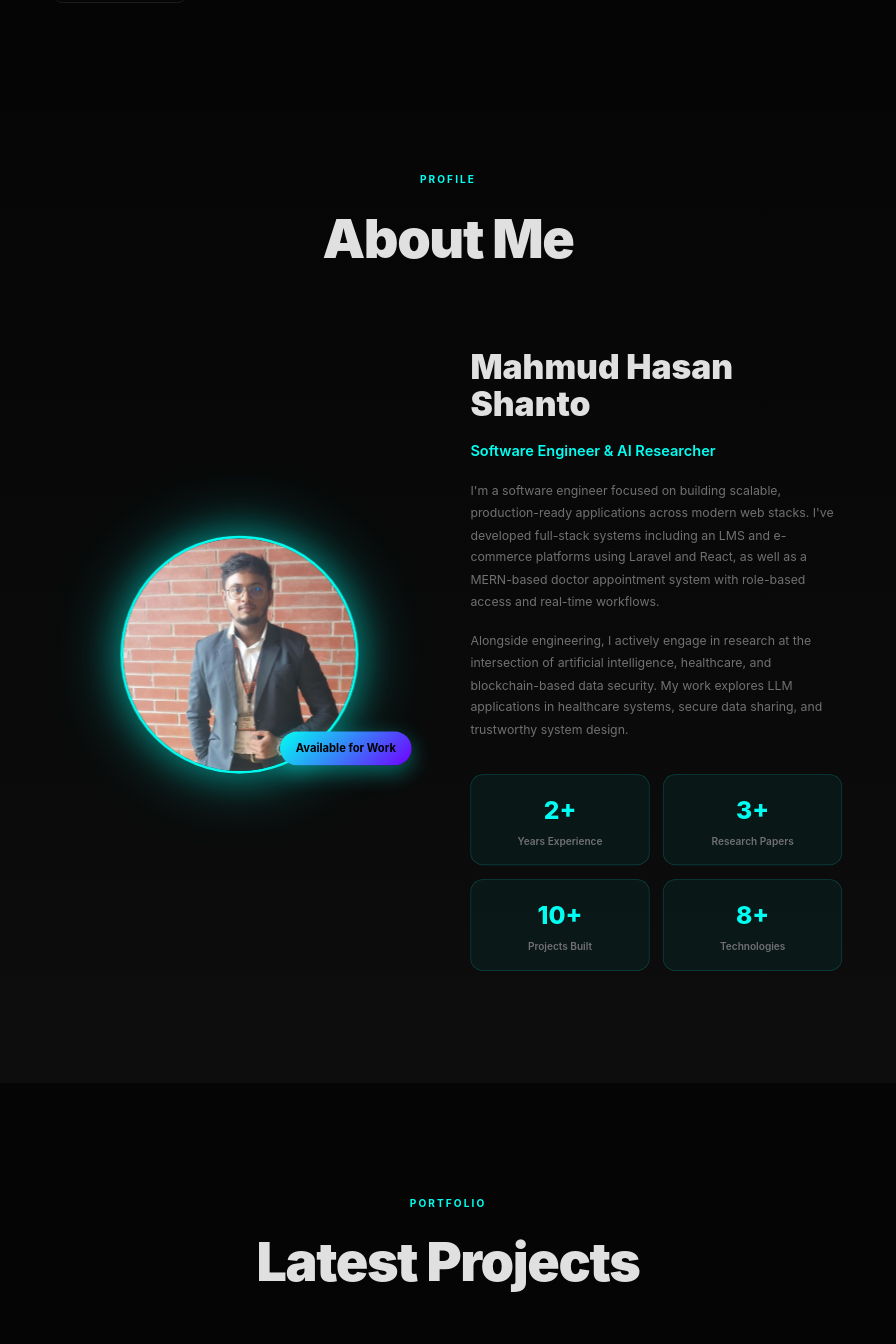
Repository: CoderShanto/Portfolio-Website
Page: index.html
These files come from the project's save history. The page is drawn as it stood at one moment and after the next save; the edit follows.
The browser window is 1280 px wide. The pictures show the part of the page from y = 1143 to 3063 px (the page is 7926 px tall before and 6463 px after), at 70% of full size.

Above is the page before, as saved 2026-03-31 03:52:11.

### index.html
<!DOCTYPE html>
<html lang="en">

<head>
    <meta charset="UTF-8">
    <meta name="viewport" content="width=device-width, initial-scale=1.0">
    <title>Mahmud Hasan Shanto - Portfolio</title>
    <link rel="stylesheet" href="style.css">
</head>

<body data-theme="dark">

    <canvas id="bg-canvas"></canvas>

    <nav>
        <div class="logo">Mahmud Hasan Shanto</div>
        <ul class="menu">
            <li><a href="#home">Home</a></li>
            <li><a href="#about">About</a></li>
            <li><a href="#work">Project</a></li>
            <li><a href="#research">Research</a></li>
            <li><a href="#skills">Skills</a></li>
            <li><a href="#contact">Contact</a></li>
        </ul>
        <button class="theme-toggle" onclick="switchTheme()">🌙</button>
    </nav>

    <!-- ─── HERO ─── -->
    <section class="hero" id="home">
        <div class="hero-container">

            <!-- LEFT: text -->
            <div class="hero-left">
                <p class="hero-badge">
                    <span class="badge-dot"></span> Available for Work
                </p>

                <h1 class="hero-title">
                    <span class="gradient-text">Software Engineer</span><br>
                    Building scalable, production-ready web applications
                </h1>

                <p class="hero-description">
                    I design and develop modern web applications with a strong focus on backend
                    engineering, clean architecture, performance, and maintainable code.
                </p>

                <div class="hero-tags">
                    <span>Laravel & PHP</span>
                    <span>React & JavaScript</span>
                    <span>REST APIs</span>
                    <span>MySQL</span>
                    <span>Backend Engineering</span>
                    <span>Problem Solving</span>
                </div>

                <div class="hero-buttons">
                    <a href="#work" class="btn btn-primary">View Projects</a>
                    <a href="#contact" class="btn btn-secondary">Contact Me</a>
                    <a href="./mahmud-hasan-shanto-cv.pdf" class="btn btn-outline"
                        download="Mahmud_Hasan_Shanto_CV.pdf">
                        Download Resume
                    </a>
                </div>
            </div>

            <!-- RIGHT: profile image -->
            <div class="hero-right">
                <div class="hero-img-wrapper">
                    <div class="hero-img-ring hero-img-ring--outer"></div>
                    <div class="hero-img-ring hero-img-ring--inner"></div>
                    <img src="assets/ss.jpg" alt="Mahmud Hasan Shanto" class="hero-profile-img">
                    <div class="hero-img-glow"></div>
                </div>
            </div>

        </div>
        <div class="profile-stats">
            <div class="stat-card">
                <div class="stat-number">2+</div>
                <div class="stat-label">Years Experience</div>
            </div>
            <div class="stat-card">
                <div class="stat-number">3+</div>
                <div class="stat-label">Research Papers</div>
            </div>
            <div class="stat-card">
                <div class="stat-number">10+</div>
                <div class="stat-label">Projects Built</div>
            </div>
            <div class="stat-card">
                <div class="stat-number">8+</div>
                <div class="stat-label">Technologies</div>
            </div>
        </div>
    </section>

    <!-- ─── ABOUT ─── -->
    <section id="about">
        <div class="section-top reveal">
            <div class="section-label">Profile</div>
            <h2 class="section-heading">About Me</h2>
        </div>
        <div class="profile-container reveal">
            <div class="profile-image-container">
                <img src="assets/ss.jpg" alt="Mahmud Hasan Shanto" class="profile-image">
                <div class="profile-badge">Available for Work</div>
            </div>
            <div class="profile-content">
                <h3 class="profile-title">Mahmud Hasan Shanto</h3>
                <div class="profile-subtitle">Software Engineer & AI Researcher</div>
                <p class="profile-description">
                    I'm a software engineer focused on building scalable, production-ready applications
                    across modern web stacks. I've developed full-stack systems including an LMS and
                    e-commerce platforms using Laravel and React, as well as a MERN-based doctor
                    appointment system with role-based access and real-time workflows.
                </p>
                <p class="profile-description">
                    Alongside engineering, I actively engage in research at the intersection of
                    artificial intelligence, healthcare, and blockchain-based data security. My work
                    explores LLM applications in healthcare systems, secure data sharing, and
                    trustworthy system design.
                </p>
                <div class="profile-stats">
                    <div class="stat-card">
                        <div class="stat-number">2+</div>
                        <div class="stat-label">Years Experience</div>
                    </div>
                    <div class="stat-card">
                        <div class="stat-number">3+</div>
                        <div class="stat-label">Research Papers</div>
                    </div>
                    <div class="stat-card">
                        <div class="stat-number">10+</div>
                        <div class="stat-label">Projects Built</div>
                    </div>
                    <div class="stat-card">
                        <div class="stat-number">8+</div>
                        <div class="stat-label">Technologies</div>
                    </div>
                </div>
            </div>
        </div>
    </section>

    <!-- ─── PROJECTS ─── -->
    <section id="work">
        <div class="section-top reveal">
            <div class="section-label">Portfolio</div>
            <h2 class="section-heading">Latest Projects</h2>
        </div>
        <div class="grid">

            <div class="card reveal">
                <div class="card-visual">
                    <img src="assets/s.jpg" alt="DocScheduler Project" class="card-img">
                </div>
                <div class="card-body">
                    <h3>DocScheduler – Appointment Management System</h3>
                    <p class="card-desc">Smart doctor appointment system with scheduling automation, role-based
                        dashboards and scalable backend architecture.</p>
                    <div class="tags">
                        <span class="tag">MongoDB</span>
                        <span class="tag">Express.js</span>
                        <span class="tag">React.js</span>
                        <span class="tag">Node.js</span>
                    </div>
                    <div class="card-actions">
                        <a href="https://docscheduler-appointment-management-68ha.onrender.com/" target="_blank"
                            class="card-btn card-btn--primary">Live</a>
                        <a href="https://github.com/CoderShanto/DocScheduler-Appointment-Management-System"
                            target="_blank" class="card-btn card-btn--ghost">Code</a>
                    </div>
                </div>
            </div>

            <div class="card reveal">
                <div class="card-visual">
                    <img src="assets/e.jpg" alt="LearnHub Project" class="card-img">
                </div>
                <div class="card-body">
                    <h3>LearnHub – E-Learning Platform</h3>
                    <p>Interactive e-learning platform with personalized learning paths, real-time collaboration tools,
                        and a scalable backend architecture.</p>
                    <div class="tags">
                        <span class="tag">MySQL</span>
                        <span class="tag">Laravel</span>
                        <span class="tag">React</span>
                    </div>
                    <div class="card-actions">
                        <a href="https://edu-verse-inky.vercel.app/" target="_blank"
                            class="card-btn card-btn--primary">Live</a>
                        <a href="https://github.com/CoderShanto/EduVerse/tree/main" target="_blank"
                            class="card-btn card-btn--ghost">Code</a>
                    </div>
                </div>
            </div>

            <div class="card reveal">
                <div class="card-visual">
                    <img src="assets/assetflow.png" alt="AssetFlow Management System" class="card-img">
                </div>
                <div class="card-body">
                    <h3>AssetFlow – Asset Management System</h3>
                    <p>Full-stack asset management system with role-based access, secure JWT authentication, and
                        real-time dashboard analytics.</p>
                    <div class="tags">
                        <span class="tag">Spring Boot</span>
                        <span class="tag">PostgreSQL</span>
                        <span class="tag">React</span>
                        <span class="tag">JWT</span>
                    </div>
                    <div class="card-actions">
                        <a href="https://assetflow-management-system.vercel.app/" target="_blank"
                            class="card-btn card-btn--primary">Live</a>
                        <a href="https://github.com/CoderShanto/assetflow-management-system" target="_blank"
                            class="card-btn card-btn--ghost">Code</a>
                    </div>
                </div>
            </div>

            <div class="card reveal">
                <div class="card-visual">
                    <img src="assets/c.jpg" alt="ShopSphere Project" class="card-img">
                </div>
                <div class="card-body">
                    <h3>ShopSphere – E-Commerce Platform</h3>
                    <p>Full-featured e-commerce platform with product management, secure payments, real-time order
                        tracking, and a scalable backend architecture.</p>
                    <div class="tags">
                        <span class="tag">MySQL</span>
                        <span class="tag">Laravel</span>
                        <span class="tag">React</span>
                    </div>
                    <div class="card-actions">
                        <a href="https://laravel-react-ecommerce-brown.vercel.app/" target="_blank"
                            class="card-btn card-btn--primary">Live</a>
                        <a href="https://github.com/CoderShanto/laravel-react-ecommerce" target="_blank"
                            class="card-btn card-btn--ghost">Code</a>
                    </div>
                </div>
            </div>

        </div>
    </section>

    <!-- ─── RESEARCH ─── -->
    <section id="research">
        <div class="section-top reveal">
            <div class="section-label">Publications</div>
            <h2 class="section-heading">Research</h2>
        </div>
        <div class="research-grid">
            <div class="paper reveal">
                <h3>KG-Mamba: Knowledge Graph Driven Mamba Model For Medical Question Answering</h3>
                <p>KG-Mamba introduces a knowledge graph–driven fine-tuning approach for the Mamba architecture to
                    improve medical question answering by enhancing contextual reasoning and reducing hallucinations.
                </p>
            </div>
            <div class="paper reveal">
                <h3>Security and Privacy in Cloud-Based E-Health System Using Advanced Encryption Standard (AES)</h3>
                <p>Proposed a secure cloud-based e-health framework using AES and ECC to ensure efficient encryption,
                    fine-grained access control, and privacy-preserving management of patient health records.</p>
            </div>
            <div class="paper reveal">
                <h3>Blockchain Based Medical Report Encryption</h3>
                <p>Research project on securing electronic health records using blockchain, homomorphic encryption
                    (Paillier), and smart contracts at United International University.</p>
            </div>
        </div>
    </section>

    <!-- ─── SKILLS ─── -->
    <section id="skills">
        <div class="section-top reveal">
            <div class="section-label">Capabilities</div>
            <h2 class="section-heading">Tech Stack</h2>
        </div>
        <div class="skills-grid">
            <div class="skill-card reveal">
                <span class="skill-emoji">⚡</span>
                <h3>Languages</h3>
                <ul>
                    <li>Java</li>
                    <li>JavaScript</li>
                    <li>C / C++</li>
                    <li>PHP</li>
                    <li>Go / Scala</li>
                </ul>
            </div>
            <div class="skill-card reveal">
                <span class="skill-emoji">🚀</span>
                <h3>Frameworks</h3>
                <ul>
                    <li>Laravel</li>
                    <li>React / Next.js</li>
                    <li>TensorFlow / PyTorch</li>
                    <li>Spring / Express</li>
                </ul>
            </div>
            <div class="skill-card reveal">
                <span class="skill-emoji">☁️</span>
                <h3>Cloud & DevOps</h3>
                <ul>
                    <li>AWS</li>
                    <li>Docker / Kubernetes</li>
                    <li>CI/CD Pipelines</li>
                    <li>Cloudinary</li>
                    <li>Monitoring & Logging</li>
                </ul>
            </div>
            <div class="skill-card reveal">
                <span class="skill-emoji">🔬</span>
                <h3>Research</h3>
                <ul>
                    <li>LLM</li>
                    <li>Artificial Intelligence</li>
                    <li>NLP</li>
                    <li>Distributed Systems</li>
                </ul>
            </div>
        </div>
    </section>

    <!-- ─── CONTACT ─── -->
    <section id="contact">
        <div class="contact-box reveal">
            <div class="section-label">Connect</div>
            <h2 class="gradient-text">Let's Build Together</h2>
            <p>Open to collaborations, exciting projects, and innovative ideas. Let's create something extraordinary.
            </p>
            <a href="mailto:mahmudshanto@example.com" class="btn btn-main">Get In Touch</a>
            <div class="socials">
                <a href="https://github.com/CoderShanto" class="social-btn" title="GitHub">💻</a>
                <a href="https://www.linkedin.com/in/md-mahmud-hasan-shanto-614b37224/" class="social-btn"
                    title="LinkedIn">💼</a>
                <a href="https://x.com/hasan_shan18705" class="social-btn" title="X / Twitter">🐦</a>
                <a href="https://leetcode.com/u/sshanto12344321/" class="social-btn" title="LeetCode">📊</a>
            </div>
        </div>
    </section>

    <script src="https://cdnjs.cloudflare.com/ajax/libs/three.js/r128/three.min.js"></script>
    <script>
        /* ── Theme ── */
        function switchTheme() {
            const theme = document.body.getAttribute('data-theme');
            const next = theme === 'dark' ? 'light' : 'dark';
            document.body.setAttribute('data-theme', next);
            document.querySelector('.theme-toggle').textContent = next === 'dark' ? '🌙' : '☀️';
        }

        /* ── Smooth Scroll ── */
        document.querySelectorAll('a[href^="#"]').forEach(link => {
            link.addEventListener('click', e => {
                e.preventDefault();
                const t = document.querySelector(link.getAttribute('href'));
                if (t) t.scrollIntoView({ behavior: 'smooth' });
            });
        });

        /* ── Three.js Background ── */
        const canvas = document.getElementById('bg-canvas');
        const scene = new THREE.Scene();
        const camera = new THREE.PerspectiveCamera(75, window.innerWidth / window.innerHeight, 0.1, 1000);
        const renderer = new THREE.WebGLRenderer({ canvas, alpha: true });
        renderer.setSize(window.innerWidth, window.innerHeight);
        camera.position.z = 50;

        const icoGeo = new THREE.IcosahedronGeometry(15, 1);
        const icoMat = new THREE.MeshBasicMaterial({ color: 0x00fff2, wireframe: true, transparent: true, opacity: 0.12 });
        const ico = new THREE.Mesh(icoGeo, icoMat);
        scene.add(ico);

        const torusGeo = new THREE.TorusKnotGeometry(8, 2, 100, 16);
        const torusMat = new THREE.MeshBasicMaterial({ color: 0x7000ff, wireframe: true, transparent: true, opacity: 0.09 });
        const torus = new THREE.Mesh(torusGeo, torusMat);
        scene.add(torus);

        const starsGeo = new THREE.BufferGeometry();
        const starCount = 3000;
        const positions = new Float32Array(starCount * 3);
        for (let i = 0; i < starCount * 3; i++) positions[i] = (Math.random() - 0.5) * 200;
        starsGeo.setAttribute('position', new THREE.BufferAttribute(positions, 3));
        const starsMat = new THREE.PointsMaterial({ color: 0xffffff, size: 0.15, transparent: true, opacity: 0.8 });
        const stars = new THREE.Points(starsGeo, starsMat);
        scene.add(stars);

        let time = 0;
        function animate() {
            requestAnimationFrame(animate);
            time += 0.01;
            ico.rotation.x += 0.002; ico.rotation.y += 0.003;
            torus.rotation.x += 0.003; torus.rotation.y -= 0.002; torus.rotation.z += 0.001;
            ico.position.y = Math.sin(time * 0.5) * 3;
            torus.position.y = Math.cos(time * 0.5) * 2;
            stars.rotation.y += 0.0002; stars.rotation.x += 0.0001;
            renderer.render(scene, camera);
        }
        animate();

        window.addEventListener('resize', () => {
            camera.aspect = window.innerWidth / window.innerHeight;
            camera.updateProjectionMatrix();
            renderer.setSize(window.innerWidth, window.innerHeight);
        });

        /* ── Scroll Reveal ── */
        const revealObserver = new IntersectionObserver(entries => {
            entries.forEach(e => { if (e.isIntersecting) e.target.classList.add('show'); });
        }, { threshold: 0.1 });
        document.querySelectorAll('.reveal').forEach(el => revealObserver.observe(el));
    </script>
</body>

</html>

Loaded but not shown: style.css (901 lines, source omitted)

After the next save:
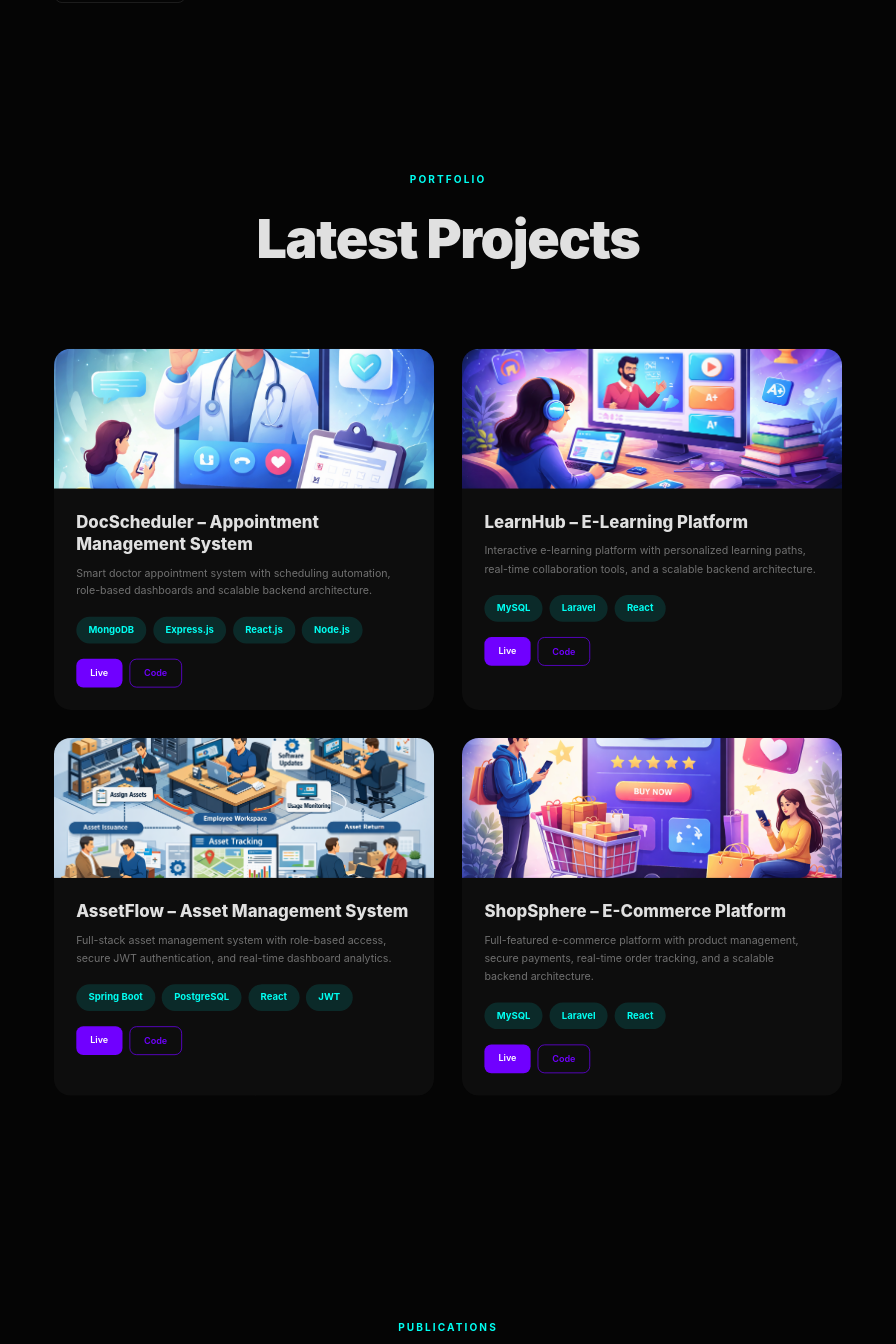
Saved 53 s later.
--- a/index.html
+++ b/index.html
@@ -96,7 +96,7 @@
     </section>
 
     <!-- ─── ABOUT ─── -->
-    <section id="about">
+    <!-- <section id="about">
         <div class="section-top reveal">
             <div class="section-label">Profile</div>
             <h2 class="section-heading">About Me</h2>
@@ -141,7 +141,7 @@
                 </div>
             </div>
         </div>
-    </section>
+    </section> -->
 
     <!-- ─── PROJECTS ─── -->
     <section id="work">
